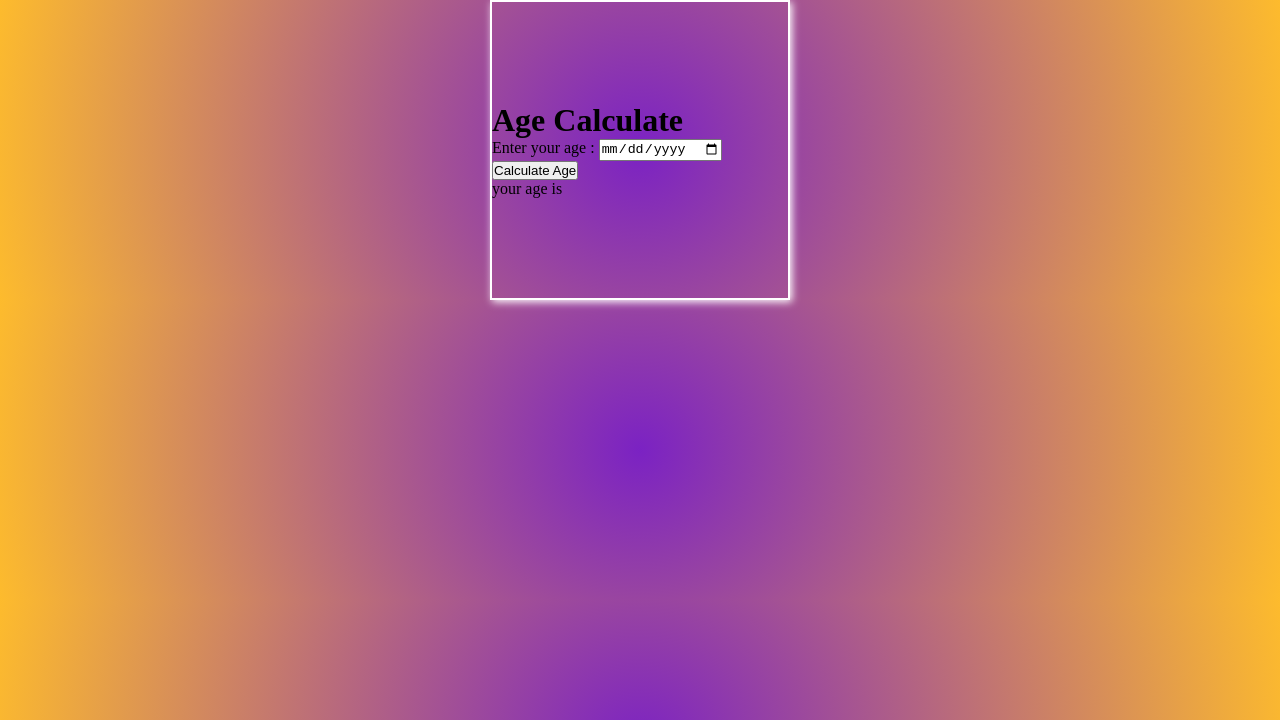
Repository: sristigupta04/basic-js-project
Page: age calculator/age.html
An editor plug-in stored every save of this project. The page is shown before and after the next save, followed by the edit.
The browser window is 1280 px wide. The pictures show the whole page.

Above is the page before, as saved 2025-11-07 15:04:05.

### age calculator/age.html
<!DOCTYPE html>
<html lang="en">
<head>
    <meta charset="UTF-8">
    <meta name="viewport" content="width=device-width, initial-scale=1.0">
    <title>Document</title>
    <link rel="stylesheet" href="age.css"/>
</head>
<body>
    <div class="main">
    <div class="age">
    <h1>Age Calculate</h1>
    <label for="eventDate">Enter  your age :</label>
<input type="date" id="eventDate" name="eventDate">
<button>Calculate Age</button>
<p id="realage">your age is </p></div></div>
</body>
</html>

### age calculator/age.css
*{
    padding: 0;
    margin: 0;
    box-sizing: border-box;
}
body{
    display: flex;
    justify-content: center;
    align-items: center;
   background: #7b22c3;
background: radial-gradient(circle, rgba(123, 34, 195, 1) 0%, rgba(253, 187, 45, 1) 100%);
}

.main{
    display: flex;
    justify-content: center;
    align-items: center;
    border:2px solid white;
    height: 300px;
    width: 300px;
    box-shadow: 2px 2px 8px white;

}

After the next save:
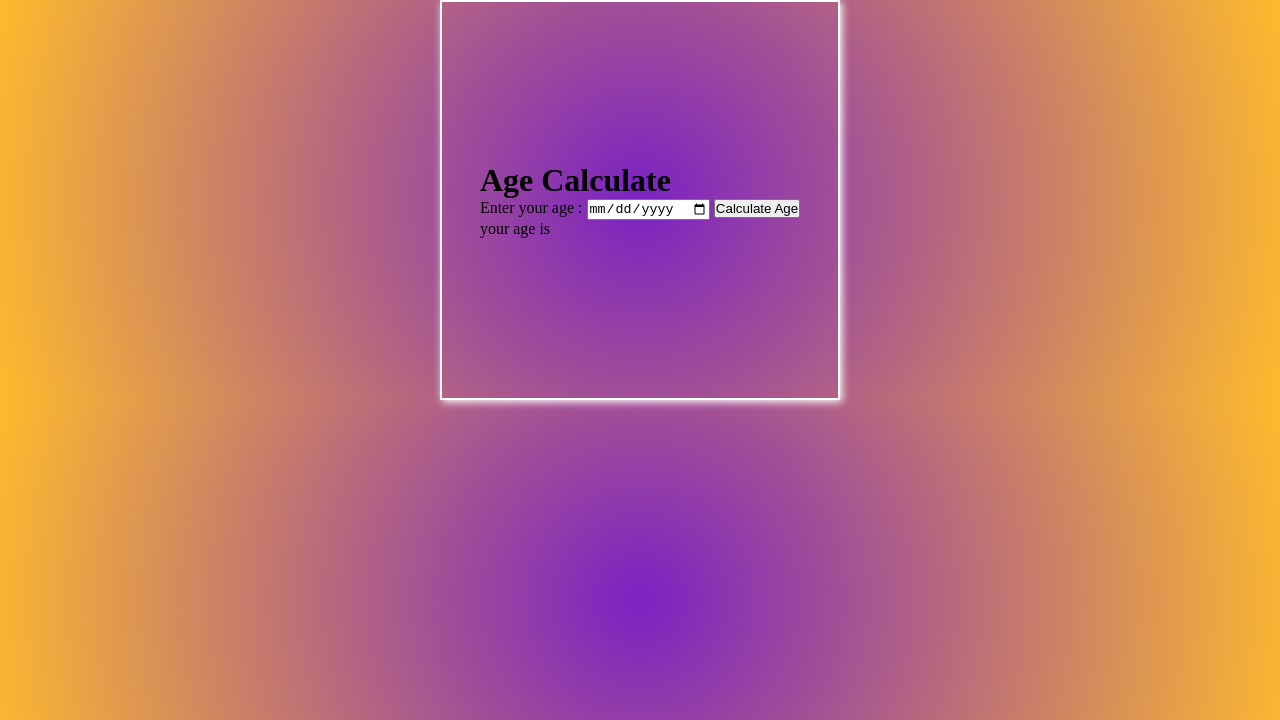
Saved 9 s later.
--- a/age calculator/age.css
+++ b/age calculator/age.css
@@ -16,8 +16,8 @@
     justify-content: center;
     align-items: center;
     border:2px solid white;
-    height: 300px;
-    width: 300px;
+    height: 400px;
+    width: 400px;
     box-shadow: 2px 2px 8px white;
 
 }
